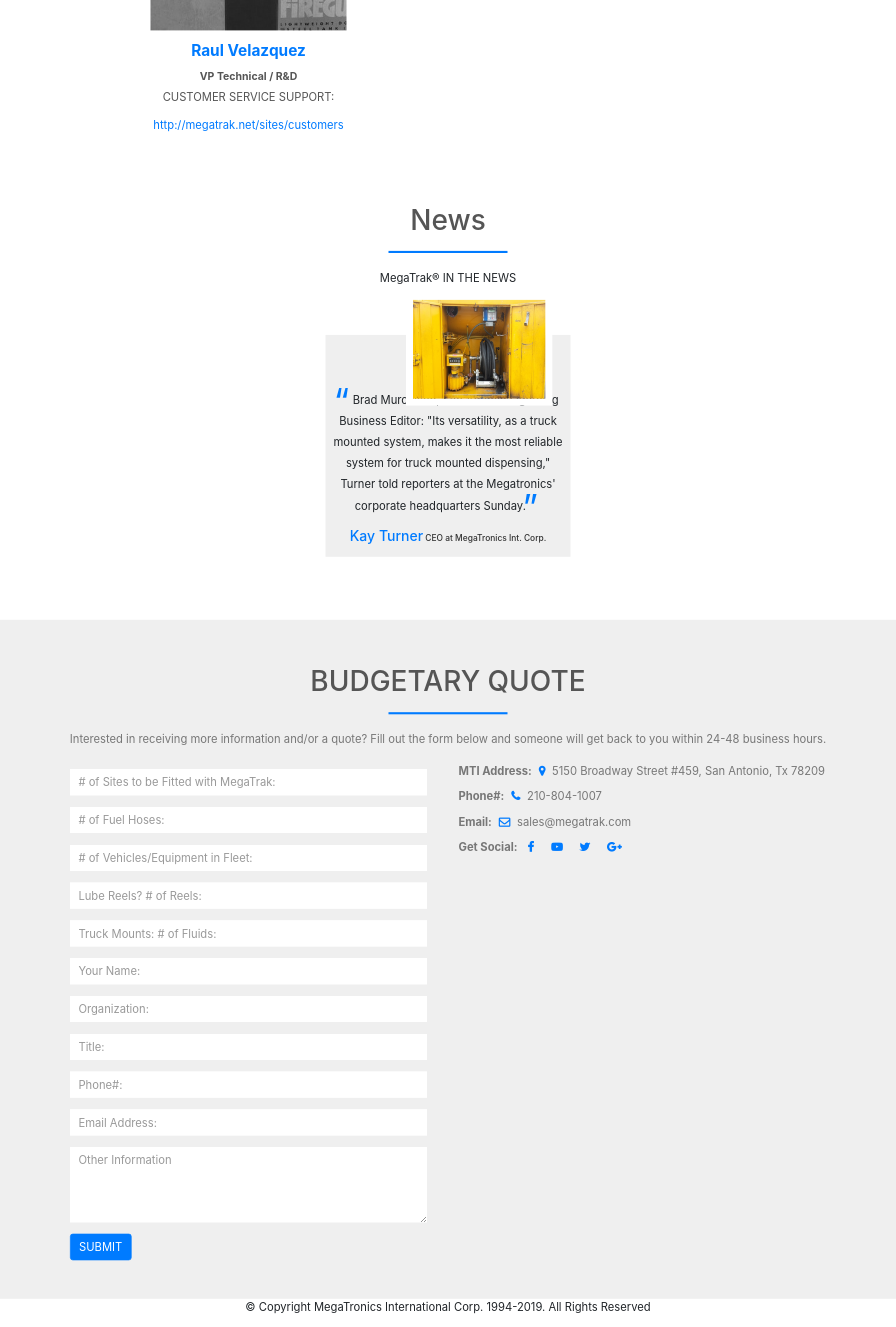
Repository: navegantemx/MegaTrak-Milestone-Project
Page: index.html
The author's editor kept a record of every edit. The page is drawn from the files as they stood at one moment, then again after the next edit.
The browser window is 1280 px wide. The pictures show the part of the page from y = 2308 to 4228 px (the page is 4204 px tall before and 4228 px after), at 70% of full size.
Backgrounds fixed to the window are drawn as part of the page.

Above is the page before.

### index.html
<!DOCTYPE html>
<html lang="en">
<head>
    <meta charset="UTF-8">
    <meta name="viewport" content="width=device-width, initial-scale=1.0">
    <meta http-equiv="X-UA-Compatible" content="ie=edge">
    <link rel="stylesheet" href="https://stackpath.bootstrapcdn.com/bootstrap/4.3.1/css/bootstrap.min.css" type="text/css" />
    <link rel="stylesheet" href="https://stackpath.bootstrapcdn.com/font-awesome/4.7.0/css/font-awesome.min.css" type="text/css" />
    <script src="https://code.jquery.com/jquery-3.3.1.slim.min.js"></script>
    <script src="https://cdnjs.cloudflare.com/ajax/libs/popper.js/1.14.7/umd/popper.min.js"></script>
    <script src="https://stackpath.bootstrapcdn.com/bootstrap/4.3.1/js/bootstrap.min.js"></script>
    <link rel="stylesheet" href="assets/css/style.css" type="text/css" />
    <title>MegaTrak - Automated Fuel Systems</title>
</head>
<body>

    <!-----------------------Part code taken from YouTube channel "Easy Tutorials" ------------>

    <!-----------------------Navigation Bar------------>

    <section id="nav-bar">
        <nav class="navbar navbar-expand-lg navbar-light">
            <a class="navbar-brand" href="#"><img src="assets/images/mt-logo.png"></a>
            <button class="navbar-toggler" type="button" data-toggle="collapse" data-target="#navbarNav" aria-controls="navbarNav" aria-expanded="false" aria-label="Toggle navigation">
            <span class="navbar-toggler-icon"></span></button>
            <div class="collapse navbar-collapse" id="navbarNav">
                <ul class="navbar-nav ml-auto"
                    <li class="nav-item">
                        <a class="nav-link" href="#top">HOME</a>
                    </li>
                    <li class="nav-item">
                        <a class="nav-link" href="#solutions">SOLUTIONS</a>
                    </li>
                    <li class="nav-item">
                        <a class="nav-link" href="#products">PRODUCTS</a>
                    </li>
                    <li class="nav-item">
                        <a class="nav-link" href="#support">SUPPORT</a>
                    </li>
                    <li class="nav-item">
                        <a class="nav-link" href="#news">NEWS</a>
                    </li>
                    <li class="nav-item">
                        <a class="nav-link" href="#contact">CONTACT</a>
                    </li>
                </ul>
            </div>
        </nav>
    </section>

    <!-----------------------Slider------------>

    <div id="slider">
        <div id="headerSlider" class="carousel slide" data-ride="carousel">
            <ol class="carousel-indicators">
                <li data-target="#headerSlider" data-slide-to="0" class="active"></li>
                <li data-target="#headerSlider" data-slide-to="1"></li>
                <li data-target="#headerSlider" data-slide-to="2"></li>
            </ol>
            <div class="carousel-inner">
                <div class="carousel-item active">
                    <img class="d-block img-fluid" src="assets/images/banner1.jpg">
                    <div class="carousel-caption">
                        <h5>TRANSPORTATION</h5>
                    </div>
                </div>
                <div class="carousel-item">
                    <img class="d-block img-fluid" src="assets/images/banner2.jpg">
                    <div class="carousel-caption">
                        <h5>MATERIALS</h5>
                    </div>
                </div>
                <div class="carousel-item">
                    <img class="d-block img-fluid" src="assets/images/banner3.jpg">
                    <div class="carousel-caption">
                        <h5>CITIES AND COUNTIES</h5>
                    </div>
                </div>
            </div>
            <a class="carousel-control-prev" href="#headerSlider" role="button" data-slide="prev">
                <span class="carousel-control-prev-icon" aria-hidden="true"></span>
                <span class="sr-only">Previous</span>
            </a>
            <a class="carousel-control-next" href="#headerSlider" role="button" data-slide="next">
                <span class="carousel-control-next-icon" aria-hidden="true"></span>
                <span class="sr-only">Next</span>
             </a>
        </div>
    </div>

    <!-----------------------Solutions------------>

    <section id="solutions">
        <div class="container">
            <div class="row">
                <div class="col-md-6">
                    <h2>MegaTrak® Solutions</h2>
                    <div class="about-content">
                        The MegaTrak® Automated Fuel System Hardware is designed with direct, single-hose, pay at the pump architecture, like retail.
                        Competitor's console driven systems lose all hose accountability when communications and/or the console fails.
                        MegaTrak® allows you to move to the next hose or exchange the fuel control unit (MCU) with another.
                        Spare units are also available.
                    </div>
                    <button type="button" class="btn btn-primary">Read more>>
                    </button>
                </div>
                <div class="col-md-6 skills-bar">
                    <p>Vehicle Control Module</p>
                    <div class="progress">
                        <div class="progress-bar" style="width: 80%;">80%</div>
                    </div>
                    <p>Mobile Truck Mounts</p>
                    <div class="progress">
                        <div class="progress-bar" style="width: 85%;">85%</div>
                    </div>
                    <p>Multi-Product Dispenser</p>
                    <div class="progress">
                        <div class="progress-bar" style="width: 75%;">75%</div>
                    </div>
                    <p>Fuel Accounting</p>
                    <div class="progress">
                        <div class="progress-bar" style="width: 50%;">50%</div>
                    </div>
                    <p>Preventive Maintenance</p>
                    <div class="progress">
                        <div class="progress-bar" style="width: 60%;">60%</div>
                    </div>
                </div>
            </div>
        </div>
    </section>

    <!-----------------------Solutions------------>

    <section id="products">
        <div class="container">
            <h1>Our Products</h1>
            <div class="row products">
                <div class="col-md-3 text-center">
                    <div class="icon">
                        <i class="fa fa-bus"></i>
                    </div>
                    <h3>MegaTrak® Series 9000</h3>
                    <p>MegaTrak® proudly presents the MegaTrak® Series 9000,
                    the latest and most advanced single-hose fuel controller (MCU) designed for fleet fueling today.</p>
                </div>
                <div class="col-md-3 text-center">
                    <div class="icon">
                        <i class="fa fa-cloud-upload"></i>
                    </div>
                    <h3>Cloud Services-Odom Capture</h3>
                    <p>The MegaTrak® approach is to remove the costly, complex radio components and return to a simpler,
                    more positive method of communication.</p>
                </div>
                <div class="col-md-3 text-center">
                    <div class="icon">
                        <i class="fa fa-clock-o"></i>
                    </div>
                    <h3>Gates & Doors Control</h3>
                    <p>Why hassle over trying to find a gate controller AND a fuel system, when the MegaTrak® Series 9000 can do it all?!</p>
                </div>
                <div class="col-md-3 text-center">
                    <div class="icon">
                        <i class="fa fa-signal"></i>
                    </div>
                    <h3>Cellular and WiFi Communications</h3>
                    <p>Cellular GPRS Radio Supported and networking using WiFi (802.11x) between devices or groups of devices and a server.</p>
                </div>
            </div>
        </div>
    </section>

    <!-----------------------Support------------>

    <section id="support">
        <div class="container">
            <h1>Technical Support</h1>
            <div class="row">
                <div class="col-md-6 profile-pic text-center">
                <div class="img-box">
                    <img src="assets/images/support1.jpg" class="img-responsive">
                    <ul>
                        <a href="#"><li><i class="fa fa-facebook"></i></li></a>
                        <a href="#"><li><i class="fa fa-twitter"></i></li></a>
                        <a href="#"><li><i class="fa fa-linkedin"></i></li></a>
                    </ul>
                </div>
                    <h2>Raul Velazquez</h2>
                    <h3>VP Technical / R&D</h3>
                    <P>CUSTOMER SERVICE SUPPORT:</P>
                    <a href="http://megatrak.net/sites/customers/">http://megatrak.net/sites/customers</a>
                </div>
                <div class="col-md-6 profile-pic text-center">
                <div class="img-box">
                    <img src="assets/images/support2.jpg" class="img-responsive">
                </div>
                    <br>
                    <P>Downloading Site:</P>
                    <a href="http://download.megatrak.com/">http://download.megatrak.com/</a>
                </div>
            </div>
        </div>
    </section>

    <!-----------------------News------------>

    <section id="news">
        <div class="container">
            <h1>News</h1>
            <p class="text-center">MegaTrak® IN THE NEWS</p>
            <div class="row">
                <div class="col-md-4 text-center">
                    <div class="profile">
                        <img src="assets/images/news1.jpg" class="user">
                        <blockquote>Brad Murchison, San Antonio Lightning Business Editor:
                        "Its versatility, as a truck mounted system, makes it the most reliable system for truck mounted dispensing,"
                        Turner told reporters at the Megatronics' corporate headquarters Sunday.</blockquote>
                            <h3>Kay Turner<span> CEO at MegaTronics Int. Corp.</span></h3>
                    </div>
                </div>
            </div>
        </div>
    </section>

   <!-----------------------Contact------------>

    <section id="contact">
        <div class="container">
            <br>
            <h1>BUDGETARY QUOTE</h1>
            <p class="text-center">Interested in receiving more information and/or a quote? Fill out the form below and someone will get back to you within 24-48 business hours.</p>
            <div class="row">
                <div class="col-md-6">
                    <form class="contact-form">
                        <div class="form-group">
                            <input type="number" class="form-control" placeholder="# of Sites to be Fitted with MegaTrak:">
                        </div>
                        <div class="form-group">
                             <input type="number" class="form-control" placeholder="# of Fuel Hoses:">
                        </div>
                        <div class="form-group">
                             <input type="number" class="form-control" placeholder="# of Vehicles/Equipment in Fleet:">
                        </div>
                        <div class="form-group">
                            <input type="number" class="form-control" placeholder="Lube Reels? # of Reels:">
                        </div>
                        <div class="form-group">
                            <input type="number" class="form-control" placeholder="Truck Mounts: # of Fluids:">
                        </div>
                        <div class="form-group">
                            <input type="text" class="form-control" placeholder="Your Name:">
                        </div>
                        <div class="form-group">
                            <input type="text" class="form-control" placeholder="Organization:">
                        </div>
                        <div class="form-group">
                            <input type="text" class="form-control" placeholder="Title:">
                        </div>
                        <div class="form-group">
                            <input type="number" class="form-control" placeholder="Phone#:">
                        </div>
                        <div class="form-group">
                            <input type="email" class="form-control" placeholder="Email Address:">
                        </div>
                        <div class="form-group">
                            <textarea class="form-control" rows="4" placeholder="Other Information"></textarea>
                        </div>
                        <button type="submit" class="btn btn-primary">SUBMIT</button>
                    </form>
                </div>
                <div class="col-md-6 contact-info">
                    <div class="follow"><b>MTI Address:</b><i class="fa fa-map-marker"></i>5150 Broadway Street #459, San Antonio, Tx 78209</div>
                    <div class="follow"><b>Phone#:</b><i class="fa fa-phone"></i>210-804-1007</div>
                    <div class="follow"><b>Email:</b><i class="fa fa-envelope-o"></i>sales@megatrak.com</div>
                    <div class="follow"><label><b>Get Social:</b></label>
                        <a href="#"><i class="fa fa-facebook"></i></a>
                        <a href="#"><i class="fa fa-youtube-play"></i></a>
                        <a href="#"><i class="fa fa-twitter"></i></a>
                        <a href="#"><i class="fa fa-google-plus"></i></a>
                    </div>
                </div>
            </div>
        </div>
    </section>

    <!-----------------------Footer------------>

    <section id="footer">
        <div class="container text-center">
            <p>© Copyright MegaTronics International Corp. 1994-2019. All Rights Reserved</p>
        </div>
    </section>

    <!-----------------------Footer End------------>

    <script src="libraries/smooth-scroll.js"></script>
    <script>var scroll = new SmoothScroll('a[href*="#"]');</script>
</body>
</html>

### assets/css/style.css
*
{
    margin: 0;
    padding: 0;
}

/* -------------------------------------navigation */

#nav-bar
{
    position: static;
    top: 0;
    z-index: 10;
}

.navbar-brand img
{
    height: 80px;
    width: 90%;
    padding-left: 0;
}

.navbar-nav li
{
    padding: 0 10px;
}

.navbar-nav li a
{
    float: right;
    text-align: left;
}

#nav-bar ul li a:hover{
    color: #007bff!important;
}

.navbar
{
    background: #fff;
}

.navbar-toggler
{
    border: none!important;
}

.nav-link
{
    color: #555!important;
    font-weight: 600;
    font-size: 16px;
}

/* -------------------------------------Slider */

#slider
{
    width: 100%;
}

.carousel-caption
{
    top: 50%;
    transform: translateY (-50%);
    bottom: initial!important;
}

.carousel-caption h5
{
    color: #fff;
    font-size: 42px;
}

/* -------------------------------------Solutions */

#solutions
{
    padding-top: 50px;
    padding-bottom: 50px;
    color: #555;
}

#solutions .btn
{
    margin-top: 20px;
    margin-bottom: 30px;
}

.about-content
{
    padding-top: 20px;
}

.skills-bar p
{
    margin-bottom: 6px;
    font-weight: 600;
}

.progress
{
    border-radius: 16px; !important;
    margin-bottom: 20px;
}

.progress-bar
{
    border-radius: 16px;
}

/* -------------------------------------Products */


#products
{
    background-image: linear-gradient(rgba(0,0,0,0.8),rgba(0,0,0,0.8));url("../../media/examples/lizard.png");
    background-size: cover;
    background-position: center;
    color: #efefef !important;
    background-attachment: fixed;
    padding-top: 50px;
    padding-bottom: 50px;
}

#products h1
{
    text-align: center;
    color: #efefef !important;
    padding-bottom: 10px;
}

#products h1::after
{
    content: '';
    background: #efefef;
    display: block;
    height: 3px;
    width: 170px;
    margin: 20px auto 5px;
}

.products
{
    margin-top: 40px;
}

.icon
{
    font-size: 40px;
    margin: 20px auto;
    padding: 20px;
    height: 80px;
    width: 80px;
    border:1px solid #fff;
    border-radius: 50%;
}

#products p
{
    font-size: 14px;
    margin-top: 20px;
    color: #ccc;
}

.products .col-md-3:hover{
    background: #007bff;
    cursor: pointer;
    transition: 0.7s;
}

/* -------------------------------------Support */

#support
{
    padding-top: 50px;
    padding-bottom: 50px;
    color: #555;
}

h1
{
    text-align: center;
    color: #555 !important;
    padding-bottom: 10px;
}

h1::after
{
    content: '';
    background: #007bff;
    display: block;
    height: 3px;
    width: 170px;
    margin: 20px auto 5px;
}

.profile-pic
{
    margin-top: 25px;
}

.profile-pic .img-box
{
    opacity: 1;
    display: block;
    position: relative;
}

.profile-pic .img-box img
{
    filter: grayscale(1);
}

.profile-pic .img-box img:hover
{
    filter: grayscale(0);
    cursor: pointer;
}

.profile-pic h2
{
    font-size: 22px;
    font-weight: bold;
    margin-top: 15px;
    color: #007bff !important;
}

.profile-pic h3
{
    font-size: 15px;
    font-weight: bold;
    margin-top: 15px;
}

#support .fa
{
    height: 25px;
    width: 25px;
    color: #007bff !important;
    background: #fff;
    padding: 4px;
    border-radius: 50%;
}

.img-box ul
{
    padding: 15px 0;
    position: absolute;
    z-index: 2;
    bottom: 0;
    left: 50%;
    transform: translateX(-50%);
    opacity: 0;
}

.img-box ul li
{
    padding:5px;
    display: inline-block;
}

.img-box:hover ul

{
    opacity: 1;
}

.img-box ul, .img-box ul li
{
    transition: 0.5s;
}

/* -------------------------------------News */

#news
{
    padding-top: 50px;
    padding-bottom: 50px;
}

#news .row
{
    margin-top: 30px;
}

.col-md-4
{
    margin: 40px auto;
}

.profile
{
    padding: 70px 10px 10px;
    background-color: #efefef;
}

.user
{
    width: 55%;
    height: auto;
}

.profile img

{
    top: -60px;
    position: absolute;
    left: calc(50% - 60px);
    border: 10px solid #fff;
}

.profile h3
{
    font-size: 20px;
    margin-top: 15px;
    color: #007bff;
}

#news span
{
    font-size: 12px;
    color: #333;
}

blockquote
{
    font-size: 16px;
    line-height: 30px;
}

blockquote::before
{
    content: '\201C';
    font-size: 50px;
    color: #007bff;
    position: relative;
    line-height:20px;
    bottom: -15px;
    right: 5px;
}
blockquote::after
{
    content: '\201D';
    font-size: 50px;
    color: #007bff;
    position: relative;
    line-height:10px;
    bottom: -15px;
    right: 5px;
}

/* -------------------------------------Contact */

#contact
{
    background: #efefef;
    padding-top: 40px;
    padding-bottom: 40px;
    color: #777;
}

.contact-form
{
    padding: 15px;
}

.form-control
{
    border-radius: 0 !important;
    border: none !important;
}

::placeholder
{
    color: #999 !important;
}

.contact-info .fa
{
    margin: 10px;
    color: #007bff;
    font-weight: bold;
}

Loaded but not shown: libraries/smooth-scroll.js (645 lines, source omitted)

After the next edit:
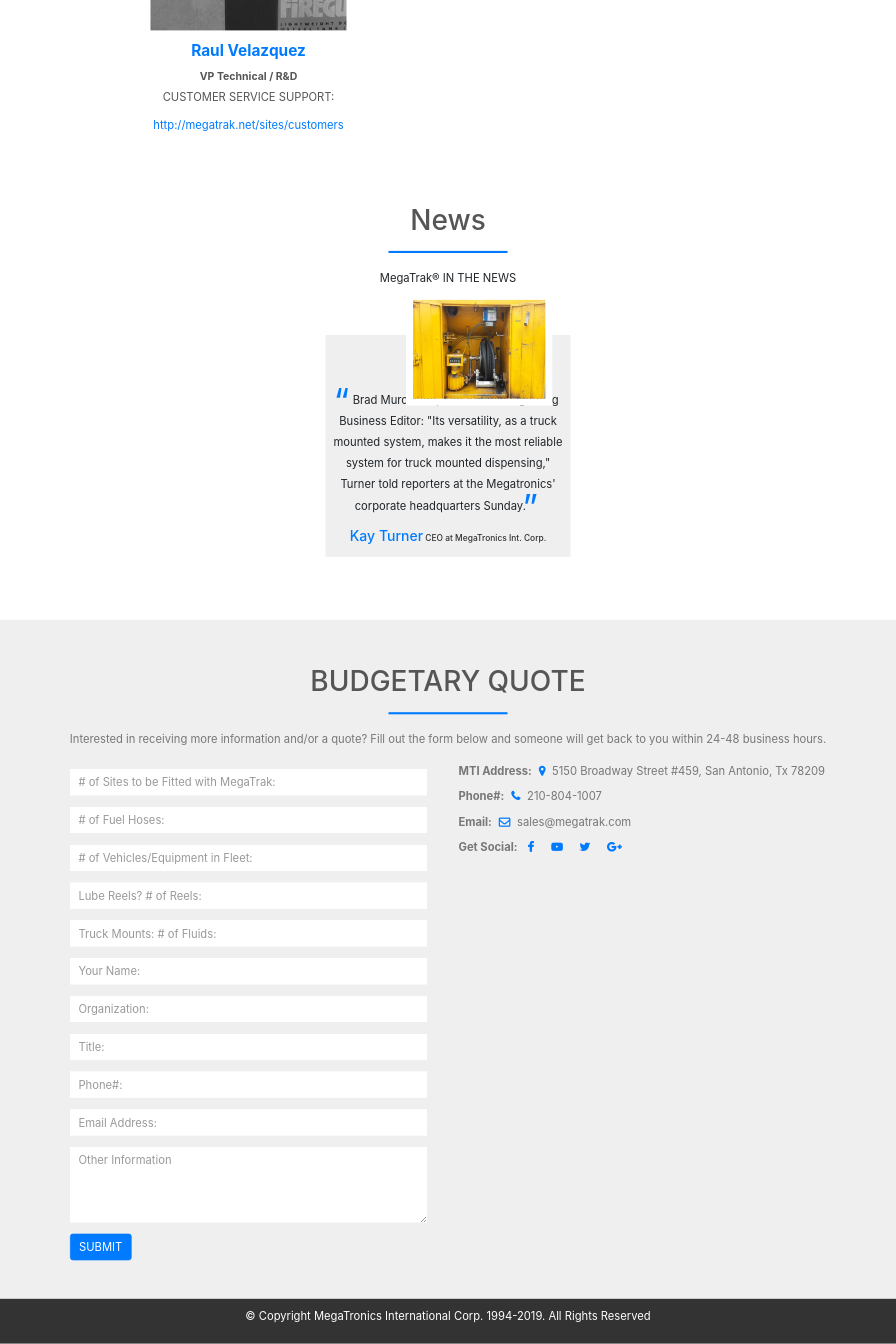
The edit:
--- a/assets/css/style.css
+++ b/assets/css/style.css
@@ -382,3 +382,12 @@
     color: #007bff;
     font-weight: bold;
 }
+
+/* -------------------------------------Footer */
+
+#footer
+{
+    background: #333;
+    color: #fff;
+    padding: 12px;
+}
